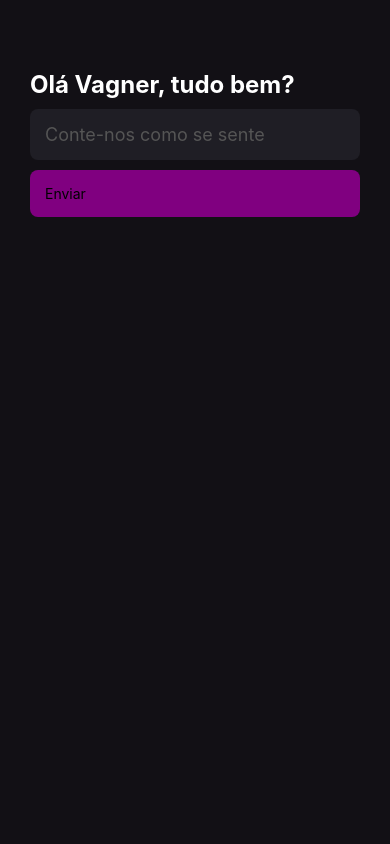
Repository: vagnereix/01-myskills-trilha-react-native
Screen: /
These files come from the project's save history. The screen is drawn as it stood at one moment and after the next save; the edit follows.
The app was drawn by React Native's web renderer in a window 390 px wide. The project was rebuilt for these pictures with package versions that can differ from the ones it lists, and the page was loaded fresh each time.

Above is the screen before, as saved 2021-06-17 17:30:21.

After the next save:
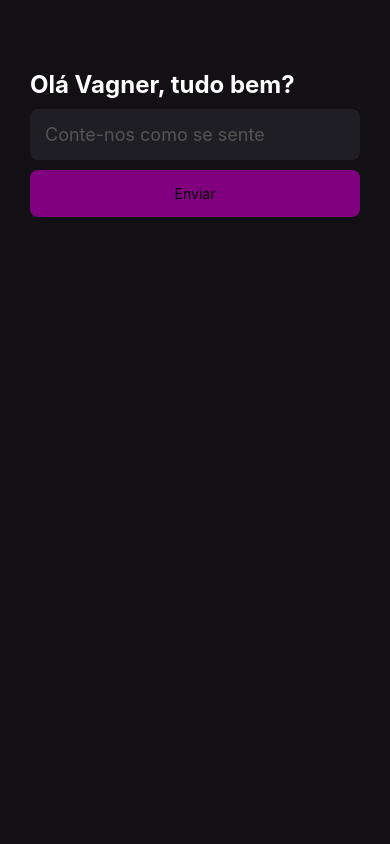
Saved 7 s later.
--- a/pages/home.tsx
+++ b/pages/home.tsx
@@ -50,6 +50,6 @@ const styles = StyleSheet.create({
     marginTop: 10,
     padding: 15,
     borderRadius: 8,
-    alignContent: 'center'
+    alignItems: 'center'
   }
 });
